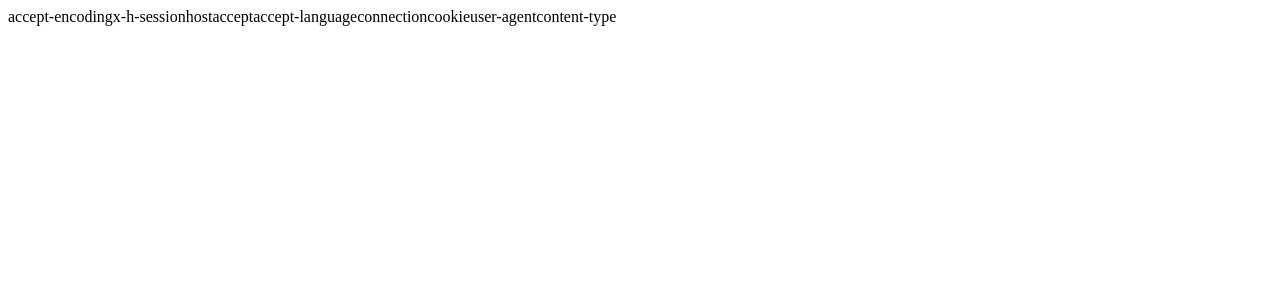
Repository: kukulza1/jspworks
Page: http://localhost/jwbook/request/request2.jsp
The author's editor kept a copy of each file at every save. The page is drawn from the files as they stood at one save, then again after the next save.
The browser window is 1280 px wide. The pictures show the whole page.
The page is served by Tomcat 9. Other server files are loaded and not shown.

Above is the page before, as saved 2023-11-21 02:59:37.

### jwbook/src/main/webapp/request/request2.jsp
<%@page import="java.util.Enumeration"%>
<%@ page language="java" contentType="text/html; charset=UTF-8"
    pageEncoding="UTF-8"%>
<%
    //http 헤더정보값 출력
    String hostV=request.getHeader("host");
     String aV= request.getHeader("accept-language");

     //out.println("호스트명:"+ hostV+"<br>");
     //out.println("설정언어:"+ aV);

     //반복자 객체 얻기
     Enumeration<String> en = request.getHeaderNames();
     while(en.hasMoreElements()){
    	 String headername = en.nextElement();
    	 out.print(headername);
     }

%>

After the next save:
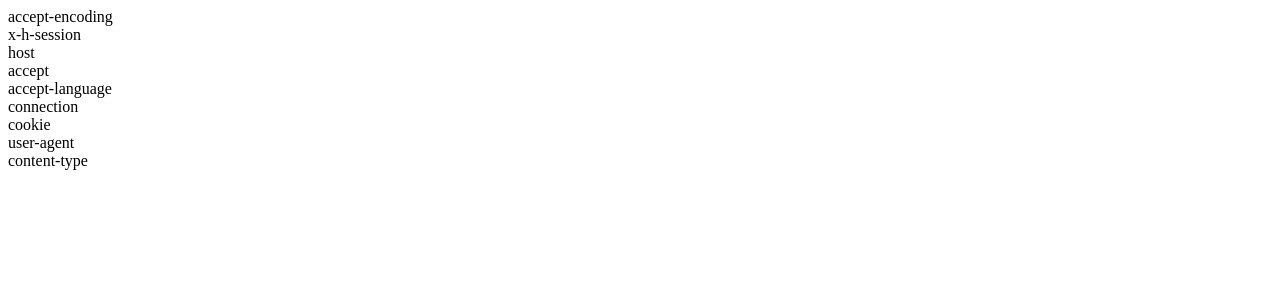
Saved 7 s later.
--- a/jwbook/src/main/webapp/request/request2.jsp
+++ b/jwbook/src/main/webapp/request/request2.jsp
@@ -13,7 +13,7 @@
      Enumeration<String> en = request.getHeaderNames();
      while(en.hasMoreElements()){
     	 String headername = en.nextElement();
-    	 out.print(headername);
+    	 out.print(headername+"<br>");
      }
 
 %>
